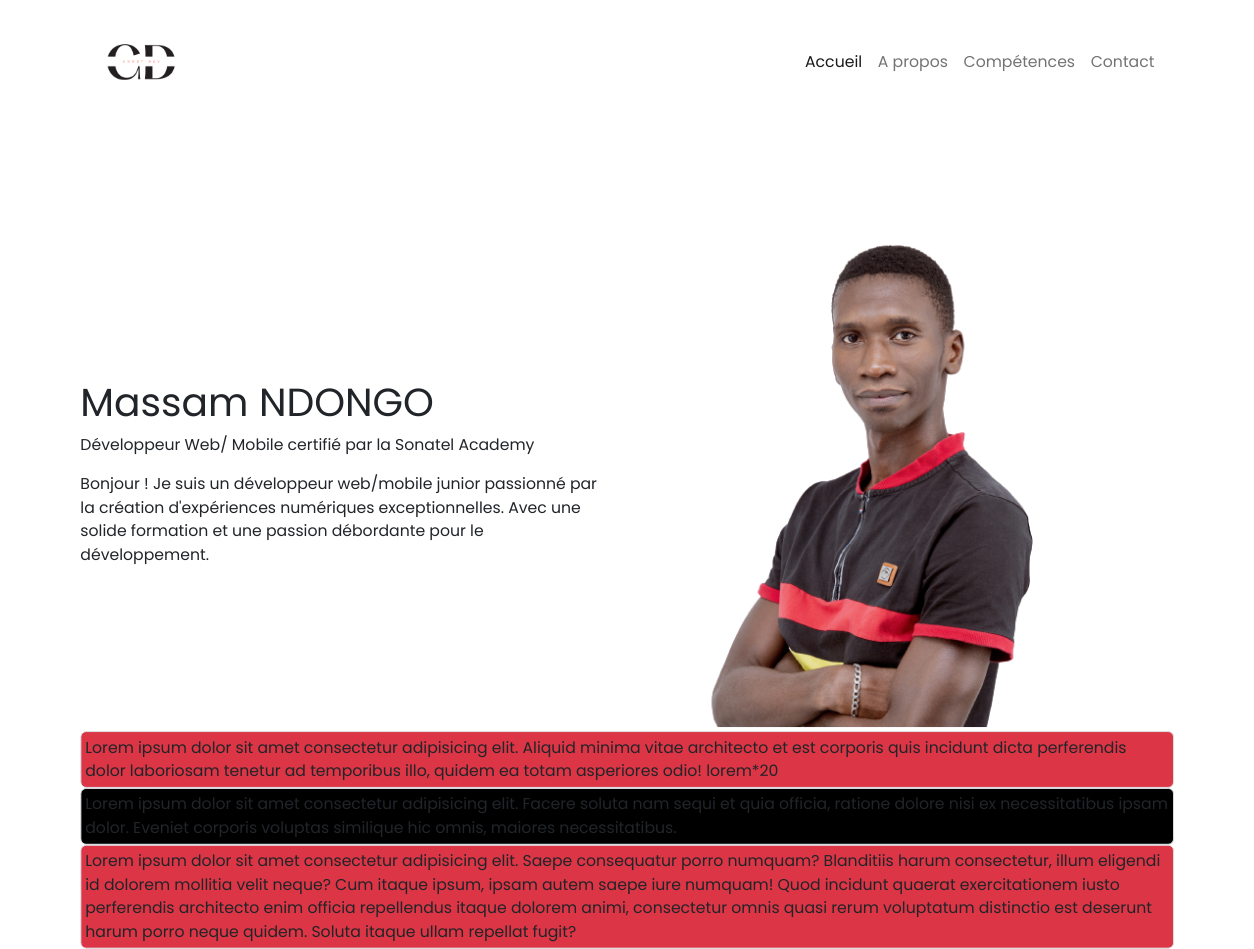
Repository: massndongo/portfolio1
Page: index.html
These files come from the project's save history. The page is drawn as it stood at one moment and after a run of saves; the edit follows.
The browser window is 1280 px wide. The pictures show the whole page, at 98% of full size.

Above is the page before, as saved 2023-05-29 18:30:54.

### index.html
<!DOCTYPE html>
<html>
<head>
    <meta charset='utf-8'>
    <meta http-equiv='X-UA-Compatible' content='IE=edge'>
    <title>Portfolio Massam NDONGO</title>
    <meta name='viewport' content='width=device-width, initial-scale=1'>
    <link rel="stylesheet" href="https://cdn.jsdelivr.net/npm/bootstrap@5.2.3/dist/css/bootstrap.min.css" integrity="sha384-rbsA2VBKQhggwzxH7pPCaAqO46MgnOM80zW1RWuH61DGLwZJEdK2Kadq2F9CUG65" crossorigin="anonymous">
    <link rel="stylesheet" href="./assets/css/main.css">
</head>
<body>
    <div class="container">

        <!-- navbar -->
        <nav class="navbar navbar-expand-lg bg-body-tertiary container">
            <div class="container-fluid">
              <a class="navbar-brand" href="#"><img class="img-thumbnail border-0" width="100px" height="100px" src="./assets/images/logo.png" alt="" srcset=""></a>
              <button class="navbar-toggler" type="button" data-bs-toggle="collapse" data-bs-target="#navbarText" aria-controls="navbarText" aria-expanded="false" aria-label="Toggle navigation">
                <span class="navbar-toggler-icon"></span>
              </button>
              <div class="collapse navbar-collapse d-flex flex-row justify-content-end" id="navbarText">
                <div>
                    <ul class="navbar-nav me-auto mb-2 mb-lg-0">
                      <li class="nav-item">
                        <a class="nav-link active" aria-current="page" href="#">Accueil</a>
                      </li>
                      <li class="nav-item">
                        <a class="nav-link" href="#propos" onclick="scrollToSection('propos')">A propos</a>
                      </li>
                      <li class="nav-item">
                        <a class="nav-link" href="#skills" onclick="scrollToSection('skills')">Compétences</a>
                      </li>
                      <li class="nav-item">
                        <a class="nav-link" href="#contact" onclick="scrollToSection('contact')">Contact</a>
                      </li>
                    </ul>
                </div>
              </div>
            </div>
        </nav>
        <!-- End Navbar -->
        <div id="back-to-top">↑</div>

        <div class="contenu">

            <div class="propos d-flex row flex-row justify-content-center" id="propos">
                <div class="col-lg-6 col-md-12 mb-1 align-middle text-start d-flex flex-column justify-content-center animated-text">
                    <h1 class="">Massam NDONGO</h1>
                    <p class="">Développeur Web/ Mobile certifié par la Sonatel Academy</p>
                    <p>
                        Bonjour ! Je suis un développeur web/mobile junior passionné par la création d'expériences numériques exceptionnelles.
                        Avec une solide formation et une passion débordante pour le développement.

                    </p>
                </div>
                <div class="col-lg-6 col-md-12">
                    <img src="./assets/images/mass.png" class="img-thumbnail border-0 animated-text" alt="" srcset="">
                </div>
            </div>

            <div class="skills img-thumbnail bg-danger" id="skills">
                Lorem ipsum dolor sit amet consectetur adipisicing elit. Aliquid minima vitae architecto et est corporis quis incidunt dicta perferendis dolor laboriosam tenetur ad temporibus illo, quidem ea totam asperiores odio!
                lorem*20
            </div>

            <div class="projets img-thumbnail bg-black">
                Lorem ipsum dolor sit amet consectetur adipisicing elit. Facere soluta nam sequi et quia officia, ratione dolore nisi ex necessitatibus ipsam dolor. Eveniet corporis voluptas similique hic omnis, maiores necessitatibus.
            </div>

            <div class="contact img-thumbnail bg-danger" id="contact">
                Lorem ipsum dolor sit amet consectetur adipisicing elit. Saepe consequatur porro numquam? Blanditiis harum consectetur, illum eligendi id dolorem mollitia velit neque? Cum itaque ipsum, ipsam autem saepe iure numquam!
                Quod incidunt quaerat exercitationem iusto perferendis architecto enim officia repellendus itaque dolorem animi, consectetur omnis quasi rerum voluptatum distinctio est deserunt harum porro neque quidem. Soluta itaque ullam repellat fugit?

            </div>
        </div>


        <footer></footer>

    </div>


    <!-- script -->
    <script src="https://cdn.jsdelivr.net/npm/bootstrap@5.2.3/dist/js/bootstrap.min.js" integrity="sha384-cuYeSxntonz0PPNlHhBs68uyIAVpIIOZZ5JqeqvYYIcEL727kskC66kF92t6Xl2V" crossorigin="anonymous"></script>
    <script src="https://cdn.jsdelivr.net/npm/bootstrap@5.2.3/dist/js/bootstrap.bundle.min.js" integrity="sha384-kenU1KFdBIe4zVF0s0G1M5b4hcpxyD9F7jL+jjXkk+Q2h455rYXK/7HAuoJl+0I4" crossorigin="anonymous"></script>
    <script src='./assets/js/main.js'></script>
</body>
</html>

### assets/css/main.css
@font-face {
    font-family: 'Poppins Regular';
    src: url('../fonts/poppins/Poppins-Regular.ttf') format('truetype');
  }

  /* Utilisation de la police */
  body {
    font-family: 'Poppins Regular', sans-serif;
  }

.contenu {
    margin-top: 10%;
}

.animated-text {
    animation: fade-in-out 4s normal;
    }

    @keyframes fade-in-out {
    0% {
        opacity: 1;
    }
    50% {
        opacity: 0;
    }
    100% {
        opacity: 1;
    }
}


#back-to-top {
    display: none;
    position: fixed;
    bottom: 20px;
    right: 20px;
    width: 40px;
    height: 40px;
    background-color: #ccc;
    border-radius: 50%;
    text-align: center;
    line-height: 40px;
    cursor: pointer;
  }

### assets/js/main.js
  // Sélectionnez tous les liens de la navbar avec la classe "nav-link"
  var navLinks = document.querySelectorAll('.nav-link');

  // Parcourez tous les liens et ajoutez un gestionnaire d'événement pour le clic
  navLinks.forEach(function(link) {
    link.addEventListener('click', function(event) {
      event.preventDefault(); // Empêche le comportement par défaut du navigateur
      var target = this.getAttribute('href'); // Récupère l'attribut href du lien
      scrollToSection(target); // Appelle la fonction de défilement vers la section cible
    });
  });

  // Fonction pour déplacer l'utilisateur vers une section spécifique
  function scrollToSection(sectionId) {
    var section = document.querySelector(sectionId);
    if (section) {
      section.scrollIntoView({ behavior: 'smooth' });
    }
  }


  var backToTopBtn = document.getElementById("back-to-top");

  // Afficher ou masquer le bouton en fonction du défilement de la page
  window.addEventListener("scroll", function() {
    if (window.pageYOffset > 100) {
      backToTopBtn.style.display = "block";
    } else {
      backToTopBtn.style.display = "none";
    }
  });

  // Faire défiler vers le haut de la page lorsque le bouton est cliqué
  backToTopBtn.addEventListener("click", function() {
    window.scrollTo({
      top: 0,
      behavior: "smooth"
    });
  });

After the next 2 saves:
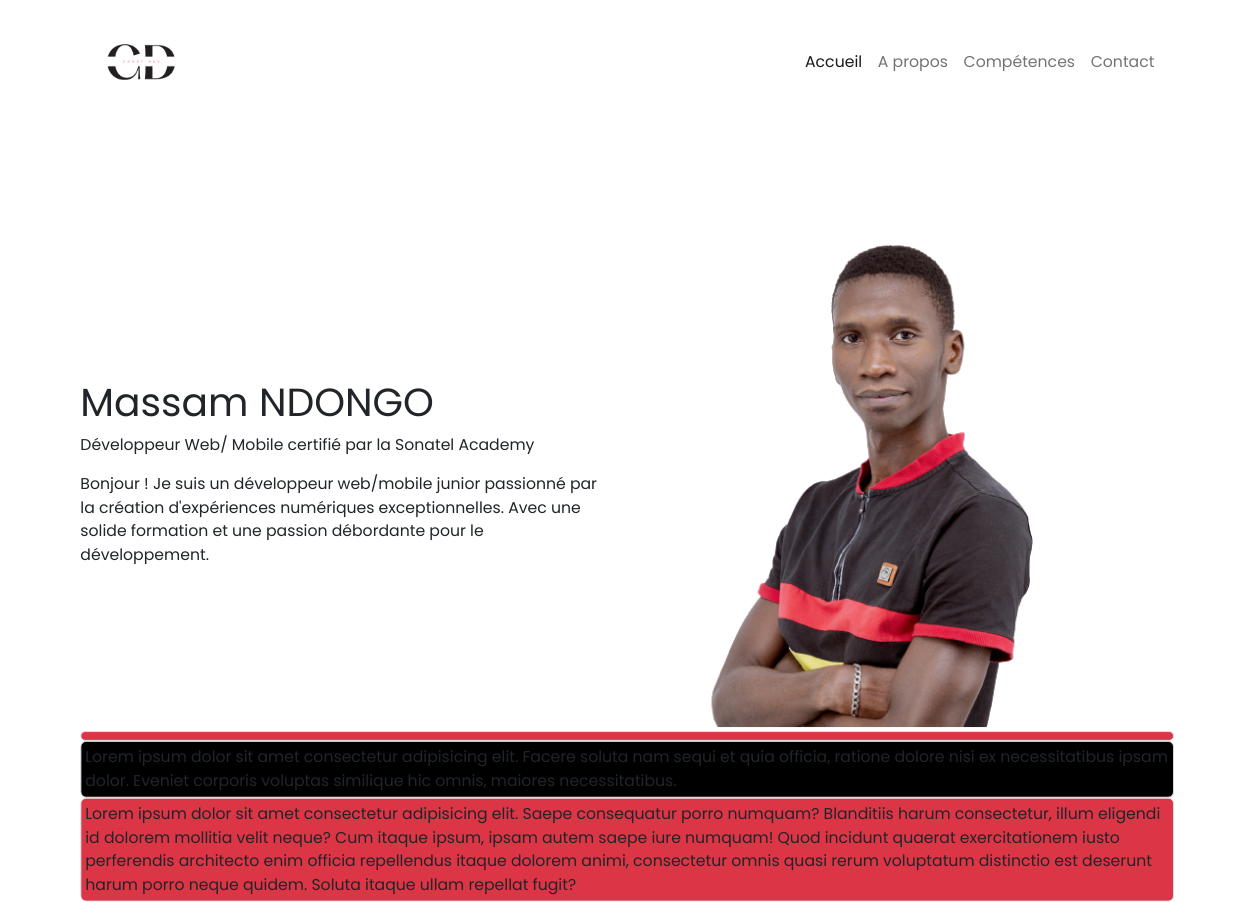
The 2 saves are shown as one change because they came seconds apart.
The last was saved 8 s later.
--- a/index.html
+++ b/index.html
@@ -59,8 +59,7 @@
             </div>
 
             <div class="skills img-thumbnail bg-danger" id="skills">
-                Lorem ipsum dolor sit amet consectetur adipisicing elit. Aliquid minima vitae architecto et est corporis quis incidunt dicta perferendis dolor laboriosam tenetur ad temporibus illo, quidem ea totam asperiores odio!
-                lorem*20
+
             </div>
 
             <div class="projets img-thumbnail bg-black">
